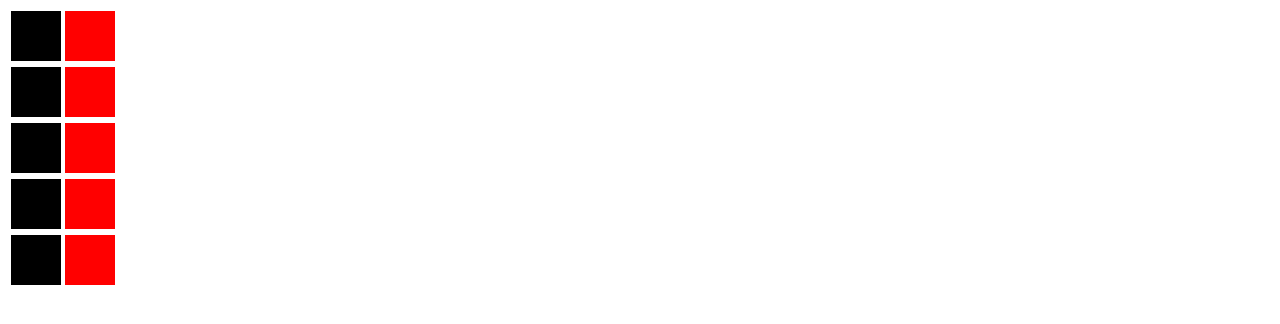
Repository: andrewjknell/JavaSpring
Page: http://localhost/CheckerBoard/NewFile.jsp
The author's editor kept a copy of each file at every save. The page is drawn from the files as they stood at one save, then again after the next save.
The browser window is 1280 px wide. The pictures show the whole page.
The page is served by Tomcat 9.

Above is the page before, as saved 2019-11-01 23:15:00.

### CheckerBoard/WebContent/NewFile.jsp
<%@ page language="java" contentType="text/html; charset=ISO-8859-1"
    pageEncoding="ISO-8859-1"%>
<!DOCTYPE html>
<html>
<head>
<meta charset="ISO-8859-1">
<link href="style.css" rel="stylesheet"/>
<title>Insert title here</title>
</head>
<body>

	<% for(int black = 0; black < 5; black++){ %>
	 	<table>
	 		<tr>
	 			<td><div class="black"></div></td>
	 			<td><div class="red"></div></td>
	 		</tr>
	 	</table>
	<%} %>

</body>
</html>

### CheckerBoard/WebContent/style.css
@charset "ISO-8859-1";
.black{
	height: 50px;
	width: 50px;
	background-color: black;
}
.red{
	height: 50px;
	width: 50px;
	background-color: red;
}

After the next save:
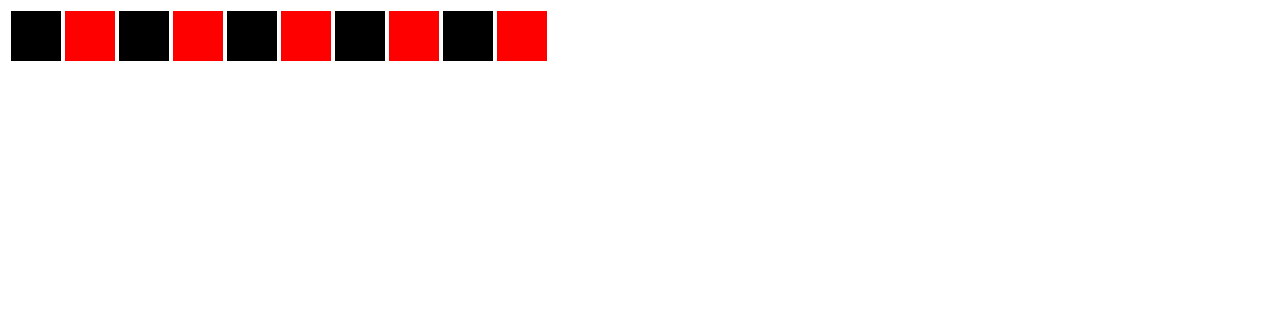
Saved 76 s later.
--- a/CheckerBoard/WebContent/NewFile.jsp
+++ b/CheckerBoard/WebContent/NewFile.jsp
@@ -9,14 +9,14 @@
 </head>
 <body>
 
-	<% for(int black = 0; black < 5; black++){ %>
 	 	<table>
 	 		<tr>
+	<% for(int black = 0; black < 5; black++){ %>
 	 			<td><div class="black"></div></td>
 	 			<td><div class="red"></div></td>
+	<%} %>
 	 		</tr>
 	 	</table>
-	<%} %>
 
 </body>
 </html>
